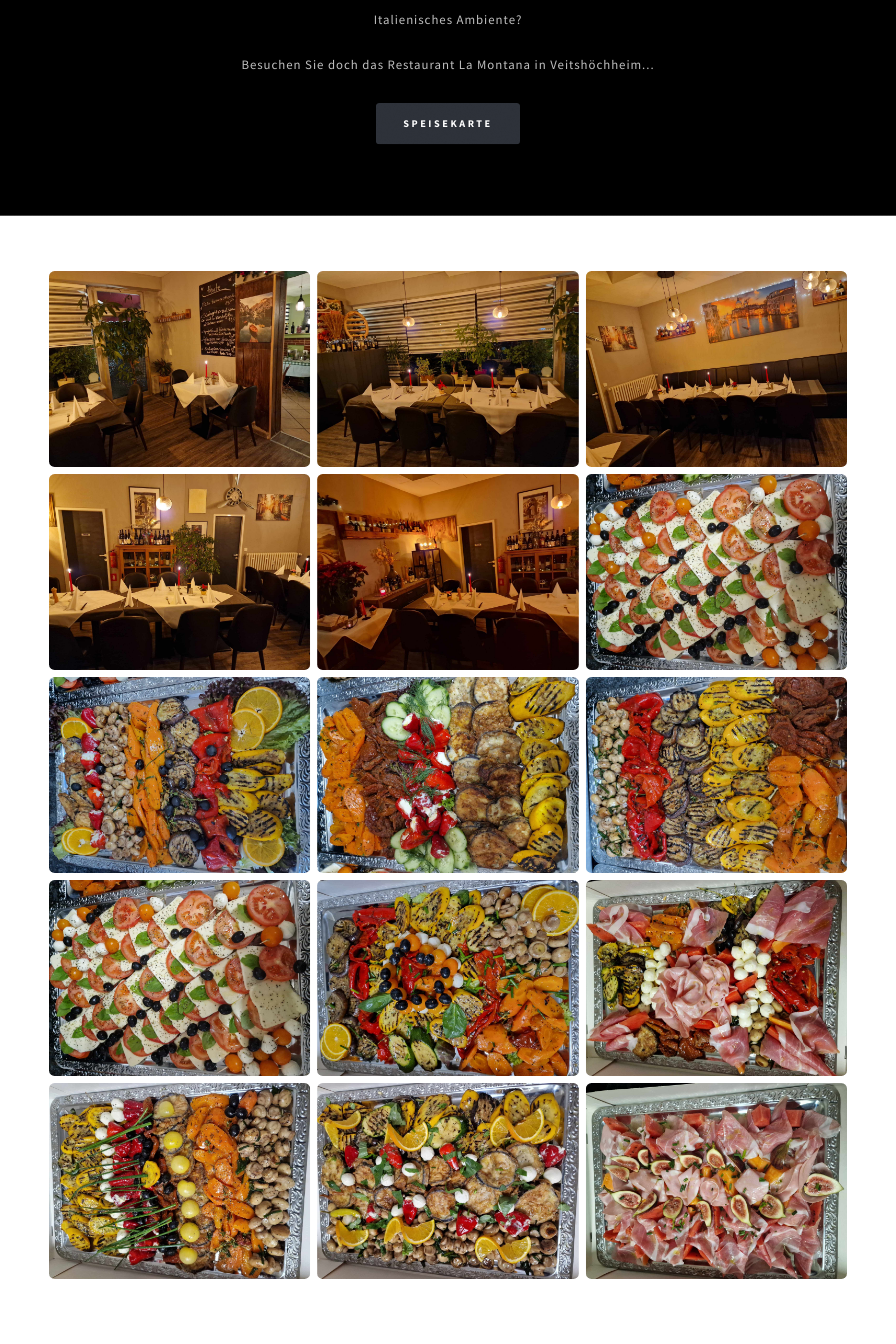
Repository: restaurantlamontana/restaurantlamontana.github.io
Page: index.html
An editor plug-in stored every save of this project. The page is shown before and after a run of saves, followed by the edit.
The browser window is 1280 px wide. The pictures show the part of the page from y = 643 to 2563 px (the page is 3167 px tall before and 3269 px after), at 70% of full size.

Above is the page before, as saved 2024-07-14 20:20:27.

After the next 2 saves:
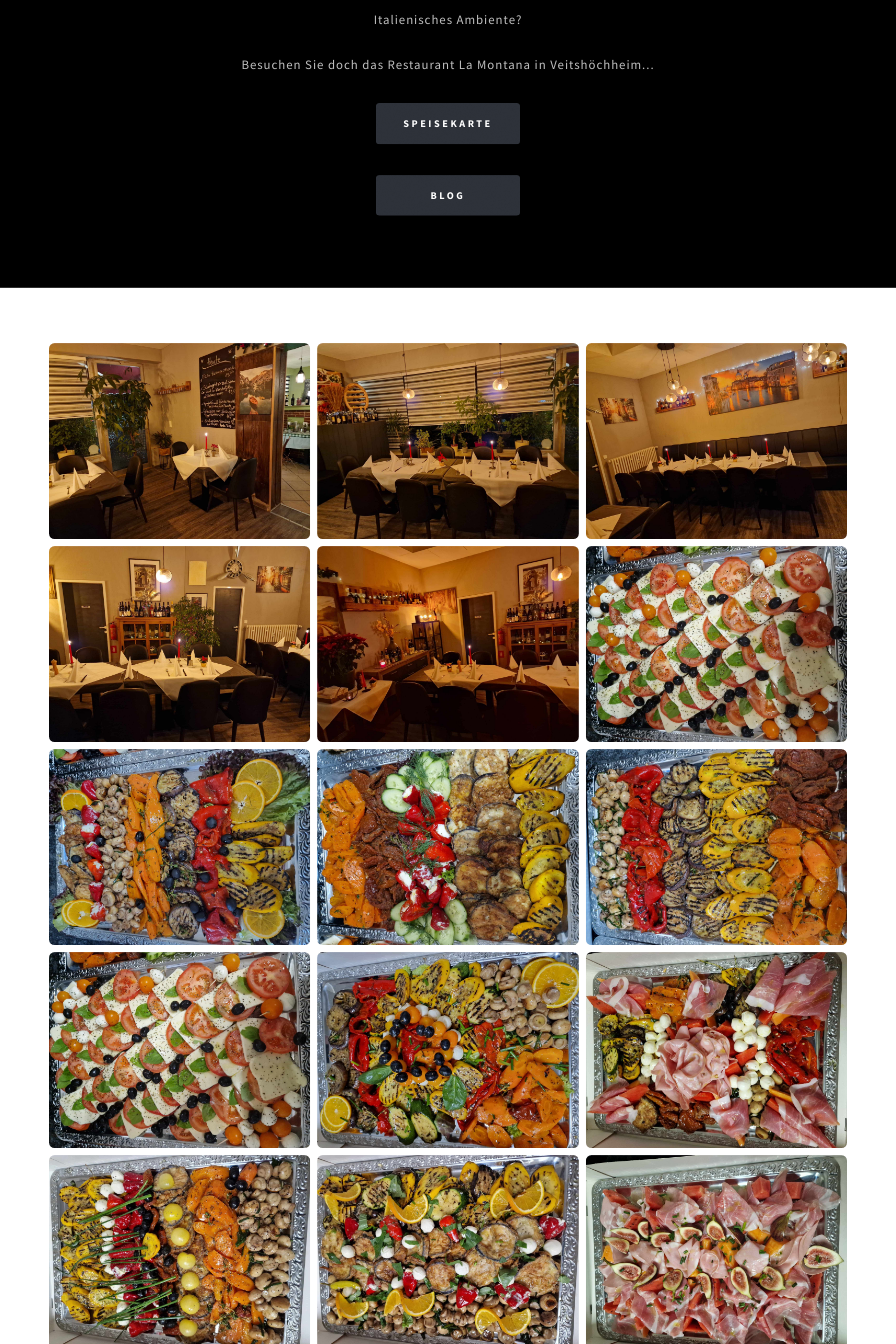
The 2 saves are shown as one change because they came seconds apart.
The last was saved 38 s later.
--- a/index.html
+++ b/index.html
@@ -37,6 +37,9 @@
           <p class="style1">Besuchen Sie doch das Restaurant La Montana in Veitshöchheim...</p>
           <ul class="actions">
             <li><a href="assets/Speisekarte_Scan.pdf" target="_blank" class="button style3 large">Speisekarte</a></li>
+          </ul>
+		  <ul class="actions">
+            <li><a href="assets/Speisekarte_Scan.pdf" target="_blank" class="button style3 large">Blog</a></li>
           </ul>
         </div>
       </section>
